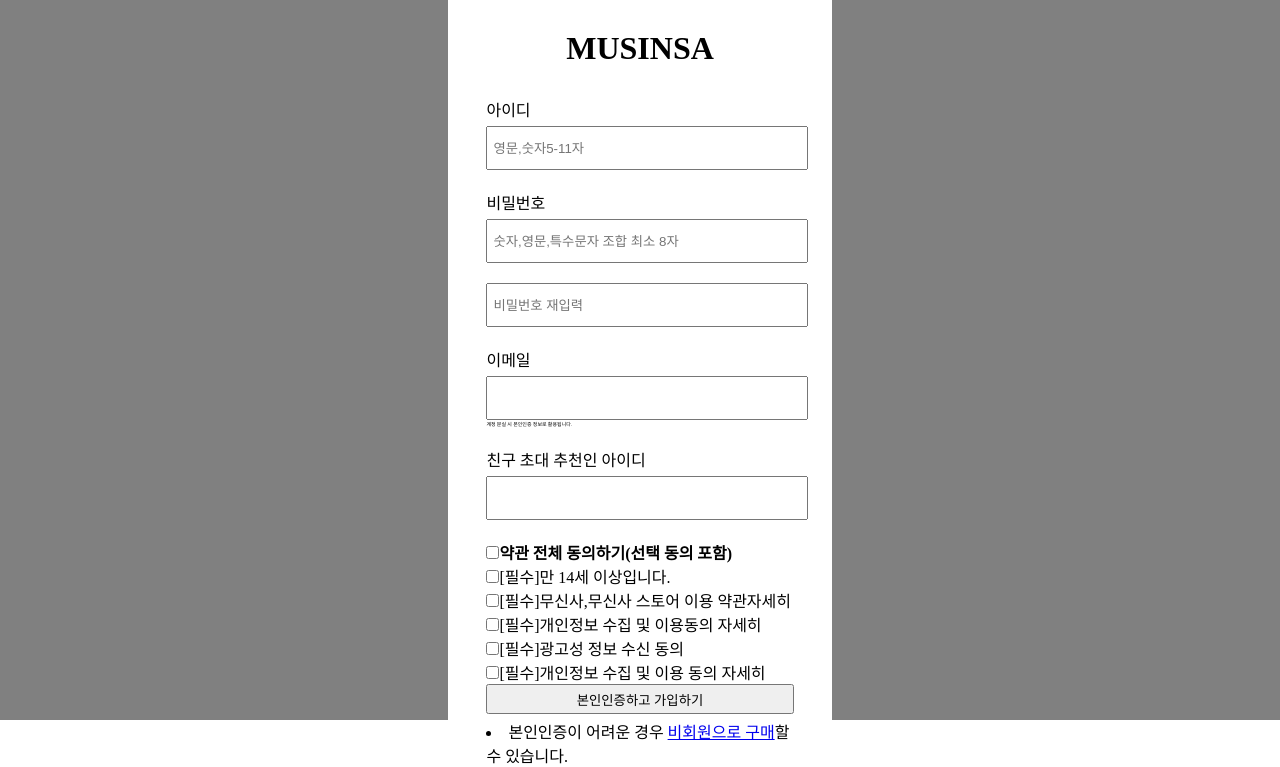
Repository: SilverSharkDeveloper/HTML-CSS-Study
Page: html/workspace/day04/WebContent/task.html
These files come from the project's save history. The page is drawn as it stood at one moment and after the next save; the edit follows.
The browser window is 1280 px wide. The pictures show the whole page.

Above is the page before, as saved 2023-03-13 12:34:50.

After the next save:
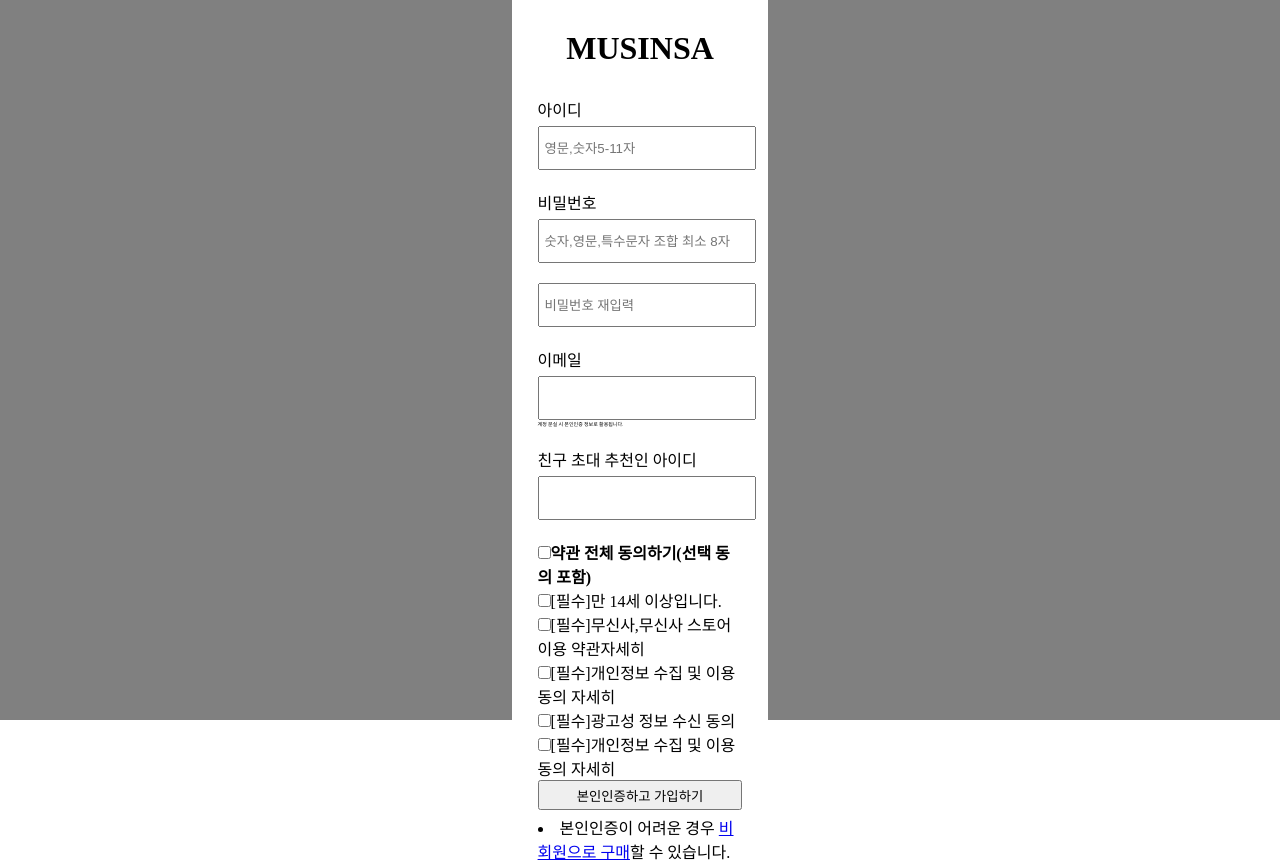
Saved 3 min 41 s later.
--- a/html/workspace/day04/WebContent/task.html
+++ b/html/workspace/day04/WebContent/task.html
@@ -13,7 +13,7 @@
 </head>
 <body>
 		<div class = "container" style = "background : grey ; height :100vh">
-			<div class = "container login" style ="width : 30%;height : 100%; margin : 0 auto ; background :white">
+			<div class = "container login" style ="width : 20%;height : 100%; margin : 0 auto ; background :white">
 				<div>
 					<header style ="text-align : center;padding: 30px 0">
 						<h1>MUSINSA</h1>
